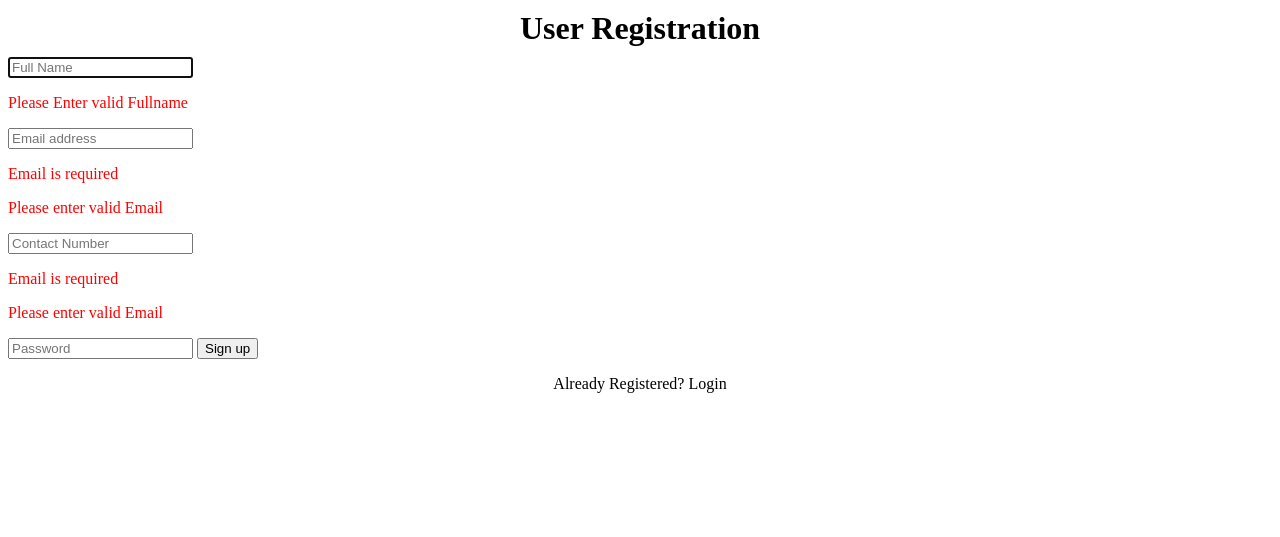
Repository: sagarpatil11/ToDo
Page: todo/src/main/webapp/templates/userregistration.html
These files come from the project's save history. The page is drawn as it stood at one moment and after the next save; the edit follows.
The browser window is 1280 px wide. The pictures show the whole page.

Above is the page before, as saved 2017-07-21 11:22:55.

### todo/src/main/webapp/templates/userregistration.html
<div class="container">
        <div class="card card-container">

            <h1 style="text-align: center;margin:10px">User Registration</h1>

            <form name="regform" class="form-signin" method="post">

            	<div class="form-group">
            		<input type="text" name="fullname" data-ng-model="fullname" id="fullname" class="form-control" placeholder="Full Name" required autofocus>
                	<p><span data-ng-show="regform.fullname.$error.required && regform.fullname.$touched" style="color: red">Please Enter valid Fullname</span></p>
               		<!-- <p><span data-ng-show="userform.email.$error.email && userform.email.$touched" style="color: red">Please enter valid Email</span></p> -->
               	</div>

               	<div class="form-group">
                	<input type="email" name="email" data-ng-model="email" id="inputEmail" class="form-control" placeholder="Email address" required >
               		<p><span data-ng-show="regform.email.$error.required && regform.email.$touched" style="color: red">Email is required</span></p>
               		<p><span data-ng-show="regform.email.$error.email && regform.email.$touched" style="color: red">Please enter valid Email</span></p>
               	</div>

               	<div class="form-group">
                	<input type="number" data-ng-model="mobile" id="mobile" class="form-control" placeholder="Contact Number" required >
               		<p><span data-ng-show="regform.email.$error.required && regform.email.$touched" style="color: red">Email is required</span></p>
               		<p><span data-ng-show="regform.email.$error.email && regform.email.$touched" style="color: red">Please enter valid Email</span></p>
               	</div>

                <input type="password" data-ng-model="password" id="inputPassword" class="form-control" placeholder="Password" required>

                <button class="btn btn-primary btn-block btn-signup" type="submit" data-ng-click="signUp()">Sign up</button>

            </form>

            <p style="text-align: center;">Already Registered?<a ui-sref="login"> Login</a></p>
        </div>
</div>

After the next save:
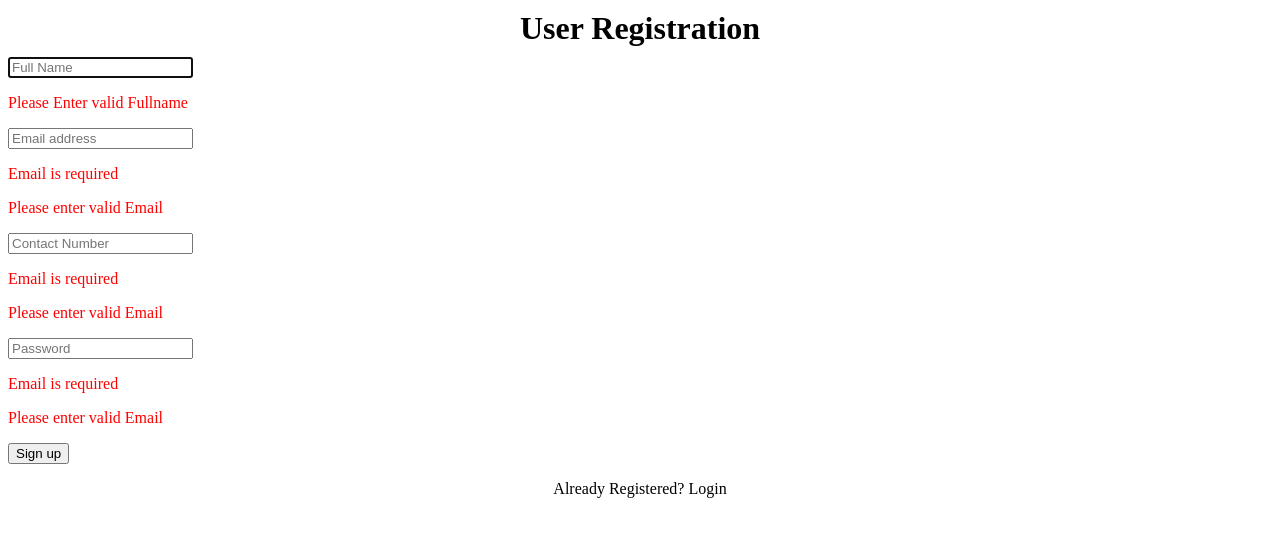
Saved 32 s later.
--- a/todo/src/main/webapp/templates/userregistration.html
+++ b/todo/src/main/webapp/templates/userregistration.html
@@ -23,7 +23,11 @@
                		<p><span data-ng-show="regform.email.$error.email && regform.email.$touched" style="color: red">Please enter valid Email</span></p>
                	</div>
 
-                <input type="password" data-ng-model="password" id="inputPassword" class="form-control" placeholder="Password" required>
+               	<div class="form-group">
+               		 <input type="password" data-ng-model="password" id="inputPassword" class="form-control" placeholder="Password" required>
+                	<p><span data-ng-show="regform.email.$error.required && regform.email.$touched" style="color: red">Email is required</span></p>
+               		<p><span data-ng-show="regform.email.$error.email && regform.email.$touched" style="color: red">Please enter valid Email</span></p>
+               	</div>
 
                 <button class="btn btn-primary btn-block btn-signup" type="submit" data-ng-click="signUp()">Sign up</button>
 
